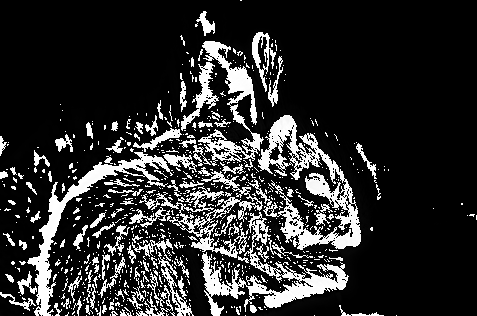
Repository: Yuer-yuan/CV
Script's output: python lab1-hybrid-image/gui/fft.py
An editor plug-in stored every save of this project. The script's output is shown before and after the next save, followed by the edit.
Random numbers start from a fixed seed. It also reads lab1-hybrid-image/gui/res/bunny1.png, lab1-hybrid-image/gui/res/squirrel1.png.

Above is the script's output before, as saved 2023-03-26 16:50:32.

### lab1-hybrid-image/gui/fft.py
import cv2
import numpy as np
from matplotlib import pyplot as plt

pairs = [
    ('res/squirrel1.png', 'res/bunny1.png'),
    ('res/cat.jpg', 'res/dog.jpg'),
    ('res/donkey1.png', 'res/zebra1.png'),
]
pair_idx = 0

ksize1, sigma1, ksize2, sigma2 = 39, 11, 21, 5
d1, d2 = 10, 10


def hybrid_image(img1, img2, d1, d2):
    # convert to float32
    img1 = img1.astype(np.float32)
    img2 = img2.astype(np.float32)

    # get gaussian kernel
    g1 = cv2.getGaussianKernel(ksize1, sigma1)
    g2 = cv2.getGaussianKernel(ksize2, sigma2)

    # get gaussian image
    img1_g = cv2.sepFilter2D(img1, -1, g1, g1)
    img2_g = cv2.sepFilter2D(img2, -1, g2, g2)

    # get high pass image
    img1_h = img1 - img1_g
    img2_h = img2 - img2_g

    # get hybrid image
    img_h = d1 * img1_h + d2 * img2_h

    # show image
    cv2.imshow('Hybrid Image', img_h.astype(np.uint8))

if __name__ == '__main__':
    img1 = cv2.imread(pairs[pair_idx][0], 0)
    img2 = cv2.imread(pairs[pair_idx][1], 0)

    hybrid_image(img1, img2, d1 / 100, d2 / 100)
    cv2.waitKey(0)

    # # create trackbars for ksize and sigma
    # cv2.namedWindow('Hybrid Image')
    # cv2.createTrackbar('d1', 'Hybrid Image', d1, 100, lambda x: None)
    # cv2.createTrackbar('d2', 'Hybrid Image', d2, 100, lambda x: None)

    # while True:
    #     d1 = cv2.getTrackbarPos('d1', 'Hybrid Image')
    #     d2 = cv2.getTrackbarPos('d2', 'Hybrid Image')

    #     # hybrid_image(img1, img2, d1 / 100, d2 / 100)

    #     key = cv2.waitKey(0)
    #     if key == 27:   # esc
    #         break

    # cv2.destroyAllWindows()

After the next save:
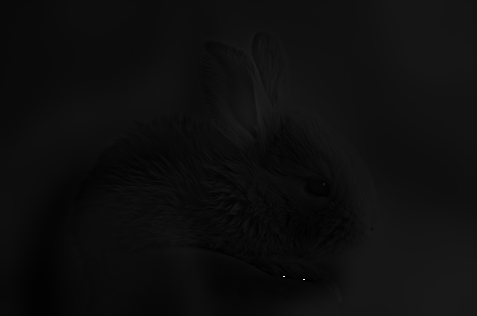
Saved 57 s later.
--- a/lab1-hybrid-image/gui/fft.py
+++ b/lab1-hybrid-image/gui/fft.py
@@ -27,17 +27,16 @@ def hybrid_image(img1, img2, d1, d2):
     img2_g = cv2.sepFilter2D(img2, -1, g2, g2)
 
     # get high pass image
-    img1_h = img1 - img1_g
     img2_h = img2 - img2_g
 
     # get hybrid image
-    img_h = d1 * img1_h + d2 * img2_h
+    img_h = d1 * img1_g + d2 * img2_h
 
     # show image
     cv2.imshow('Hybrid Image', img_h.astype(np.uint8))
 
 if __name__ == '__main__':
-    img1 = cv2.imread(pairs[pair_idx][0], 0)
+    img1 = cv2.imread(pairs[pair_idx][0], 0)    # read as grayscale
     img2 = cv2.imread(pairs[pair_idx][1], 0)
 
     hybrid_image(img1, img2, d1 / 100, d2 / 100)
